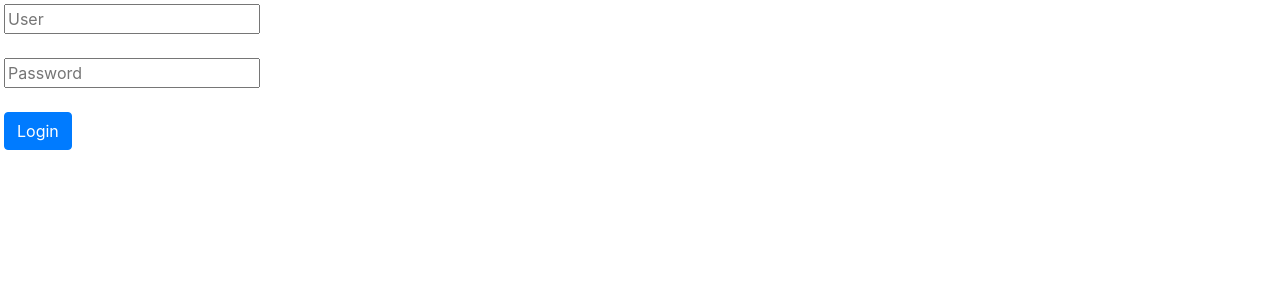
Repository: gfleitas/HTTPmethods
Page: index.html
The author's editor kept a copy of each file at every save. The page is drawn from the files as they stood at one save, then again after the next save.
The browser window is 1280 px wide. The pictures show the whole page.

Above is the page before, as saved 2019-08-27 09:47:30.

After the next save:
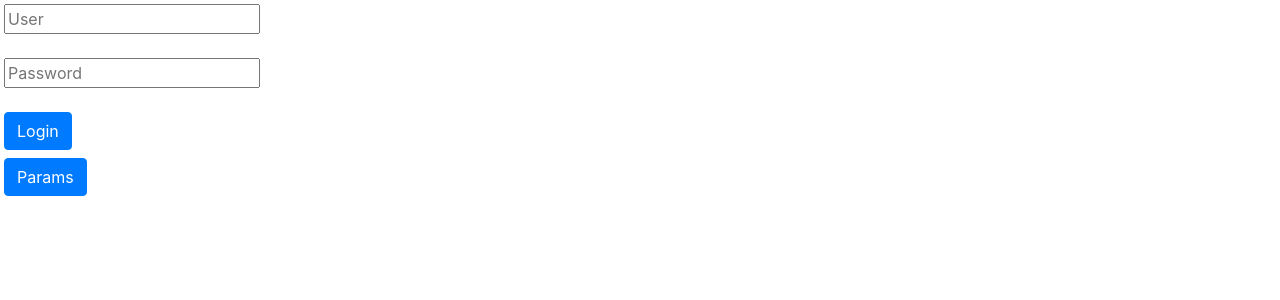
Saved 9 s later.
--- a/index.html
+++ b/index.html
@@ -27,7 +27,7 @@
             <br>
             <button type="submit" class="btn btn-primary ml-1">Post</button>
         </form>
-        <button type="submit" class="btn btn-primary ml-1 mt-2 mr-5" style="display: none;">Params</button>
+        <button type="submit" class="btn btn-primary ml-1 mt-2 mr-5" ">Params</button>
         <button type="submit" class="btn btn-primary mt-2" style="display: none;">Query</button>
 
 
